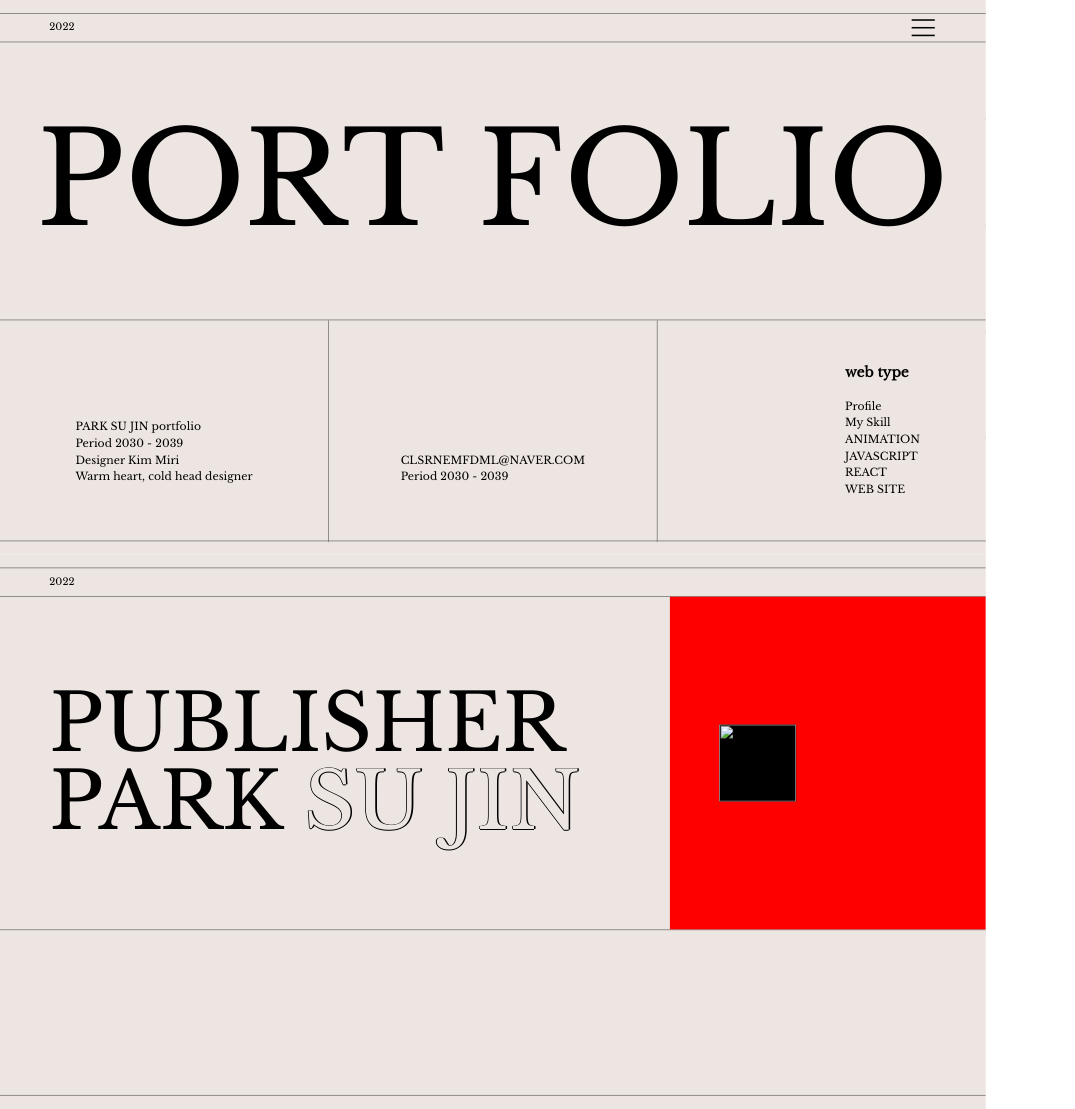
Repository: clsrnemfdml/portfolio_parksj_versiton1
Page: index.html
These files come from the project's save history. The page is drawn as it stood at one moment and after the next save; the edit follows.
The browser window is 1280 px wide. The page is 1280 px wide, then 1396 px, so the pictures cover 1396 px, including what lies to the right of the window. The pictures show the whole page, at 77% of full size.

Above is the page before, as saved 2021-09-15 08:00:08.

### index.html
<!DOCTYPE html>
<html lang="en">
<head>
    <meta charset="UTF-8">
    <meta http-equiv="X-UA-Compatible" content="IE=edge">
    <meta name="viewport" content="width=device-width, initial-scale=1.0">
    <title>parkjs portfolio</title>
    <meta name="descripsion" content="박수진의 포트폴리오 입니다.">
    <link rel="stylesheet" href="css/reset.css">
    <link rel="stylesheet" href="css/index.css">
    <style> @import url('https://fonts.googleapis.com/css2?family=Libre+Baskerville&display=swap');</style>
    <script src="js/index.js"></script>

</head>
<body>
    <div class="clickMenu">
        <div class="wrap_portFolio">
            <ul>
                <li>1. MY SKILL</li>
                <li>2. ANIMATION</li>
                <li>3. JAVASCRIPT</li>
                <li>4. REACT</li>
                <li>5. WEB SITE</li>
            </ul>
        </div>
    </div>
    <div id="wrap">
        <section id="section1">
            <div class="wrap_portFolio">
                <div class="menu">
                    <p>2022</p>
                    <span>
                    </span>
                </div>
                <div class="content">
                    <h6>PORT FOLIO</h6>
                </div>
                <div class="content_bottom">
                    <div class="rsum1">
                        <p>PARK SU JIN portfolio<br>
                        Period  2030 - 2039<br>
                        Designer   Kim Miri<br>
                        Warm heart, cold head designer</p>
                    </div>
                    <div class="rsum2">
                        <p>CLSRNEMFDML@NAVER.COM<br>
                        Period  2030 - 2039</p>
                    </div>
                    <div class="rsum3">
                        <ul>
                            <li class="fitst_write">web type</li>
                            <li>Profile</li>
                            <li>My Skill</li>
                            <li>ANIMATION</li>
                            <li>JAVASCRIPT</li>
                            <li>REACT</li>
                            <li>WEB SITE</li>
                        </ul>
                    </div>
                </div>
            </div>
        </section>
        <section id="section2">
            <div class="wrap_portFolio">
                <div class="menu">
                    <p>2022</p>
                    <span>
                    </span>
                </div>
                <div class="content">
                    <div>
                        <p>PUBLISHER<br>
                            PARK <span class="suji">SU JIN</span></p>
                        </p>
                    </div>
                    <div class="suImg">
                        <img src="" alt="">
                    </div>
                </div>
            </div>
        </section>
    </div>



</body>
</html>

### css/index.css


#wrap{width: 100%; height: auto;}



/* menu */
/* .clickMenu{height: 100vh; width: 100%; background: #ECE5E1;
    font-family: 'Libre Baskerville', serif; position: absolute;
z-index: 99999;} */

.clickMenu .wrap_portFolio{
    width: 100%;
    height: 95vh;
    position: absolute;
    top: 50%;
    transform: translateY(-50%);
    border-bottom: 1px solid #767371;
    border-top: 1px solid #767371;
}

.clickMenu .wrap_portFolio ul{width: 100%; height: 100%;}
.clickMenu .wrap_portFolio ul li{height: calc(100%/5); width: 100%; border-bottom: 1px solid #767371;
    font-size: 6vw;
    text-align: center;
    display: flex;
    align-items: center;
    justify-content: center;
}
.clickMenu .wrap_portFolio ul li:nth-child(2n){
   color: #ECE5E1;
   text-shadow: -1px 0 #000000, 0 1px #000000, 2px 0 #000000, 0 -1px #000000;
}
.clickMenu .wrap_portFolio ul li:last-child{height: calc(100%/5); width: 100%; border-bottom: 0}



/*section1 */
#wrap #section1{height: 100vh; width: 100%; background: #ECE5E1;
    font-family: 'Libre Baskerville', serif; position: relative;}

#wrap #section1 .wrap_portFolio{
    width: 100%;
    height: 95vh;
    position: absolute;
    top: 50%;
    transform: translateY(-50%);
    border-bottom: 1px solid #767371;
    border-top: 1px solid #767371;
}

#wrap #section1 .menu{
    width: 100%;
    height: 5vh;
    border-bottom: 1px solid #767371;
    position: relative;
    font-size: 1vw;

}
#wrap #section1 .menu p{
    padding-left: 5%;
    position: absolute;
    top: 50%;
    transform: translateY(-50%);
}
#wrap #section1 .menu span{
    display: block;
    position: absolute;
    right: 4%;
    top: 50%;
    transform: translate(-50%, -50%);
    width: 30px;
    height: 2px;
    background: rgb(0, 0, 0);
    float: right;
}
    #wrap #section1 .menu span::before{
    content: '';
    width: 30px;
    height: 2px;
    background: rgb(0, 0, 0);
    position: absolute;
    left: 0;
    bottom: 10px;
    transform: rotate(0deg);
    transition-duration: .3s;
}
    #wrap #section1 .menu span::after{
        content: '';
        width: 30px;
        height: 2px;
        background: rgb(0, 0, 0);
        position: absolute;
        left: 0;
        top: 10px;
        transform: rotate(0deg);
        transition-duration: .3s;
    }

    #wrap #section1 .content{
        height: 50vh;
        position: relative;
        width: 100%;
        font-size: 13vw;
        text-align: center;
        border-bottom: 1px solid #767371;


    }
    #wrap #section1 .content h6{
        position: absolute;
        width: 100%;
        top: 50%;
        left: 50%;
        transform: translate(-50% , -50%);
        font-weight: 300;
    }

    #wrap #section1 .content_bottom{
        width: 100%;
        height: 40vh;
        position: absolute;
        display: flex;
    }


    #wrap #section1 .content_bottom > div{
        width: 33.333%;
        height: auto;
        font-size: 1.1vw;





    }
    #wrap #section1 .content_bottom > div p{
        padding-bottom: 10px;
    }

    #wrap #section1 .content_bottom .rsum1{
        border-right: 1px solid #767371;
        display: flex;
        justify-content: center;
        align-items: flex-end;
        line-height: 3vh;
        padding-bottom: 5%;


    }
    #wrap #section1 .content_bottom .rsum2{
        border-right: 1px solid #767371;
        display: flex;
        justify-content: center;
        align-items: flex-end;
        line-height: 3vh;
        padding-bottom: 5%;
    }

    #wrap #section1 .content_bottom .rsum3{
        display: flex;
        justify-content: end;
        align-items: center;
        line-height: 3vh;
    }
    #wrap #section1 .content_bottom .rsum3 ul{
        padding: 0 20%;
    }

    #wrap #section1 .content_bottom .rsum3 .fitst_write{
        font-weight: bold;
        font-size: 1.4vw;
        padding-bottom: 3vh;
    }


    /*section1 */
    #wrap #section2{height: 100vh; width: 100%; background: #ECE5E1;
    font-family: 'Libre Baskerville', serif; position: relative;}

    #wrap #section2 .wrap_portFolio{
        width: 100%;
        height: 95vh;
        position: absolute;
        top: 50%;
        transform: translateY(-50%);
        border-bottom: 1px solid #767371;
        border-top: 1px solid #767371;
    }

    #wrap #section2 .menu{
        width: 100%;
        height: 5vh;
        border-bottom: 1px solid #767371;
        position: relative;
        font-size: 1vw;

    }

    #wrap #section2 .menu p{
        padding-left: 5%;
        position: absolute;
        top: 50%;
        transform: translateY(-50%);
    }

    #wrap #section2 .content{
        display: flex;
        border-bottom: 1px solid #767371;
    }
    #wrap #section2 .content div{
        height: 60vh;
        position: relative;
        width: 70vw;
        font-size: 8vw;
        display: flex;
        align-items: center;
        justify-content: flex-start;
        padding-left: 5%;


    }

    #wrap #section2 .content div p .suji{
        color: #ECE5E1;
        text-shadow: -1px 0 #000000, 0 1px #000000, 2px 0 #000000, 0 -1px #000000;
    }

    #wrap #section2 .content .suImg{
        width: 30vw;
        background: red;
    }
    #wrap #section2 .content .suImg img{
        width: 100px;
        height: 100px;
        background-color: black;
    }

Loaded but not shown: css/reset.css (common file); js/index.js (no stored copy; drawn as an empty file)

After the next save:
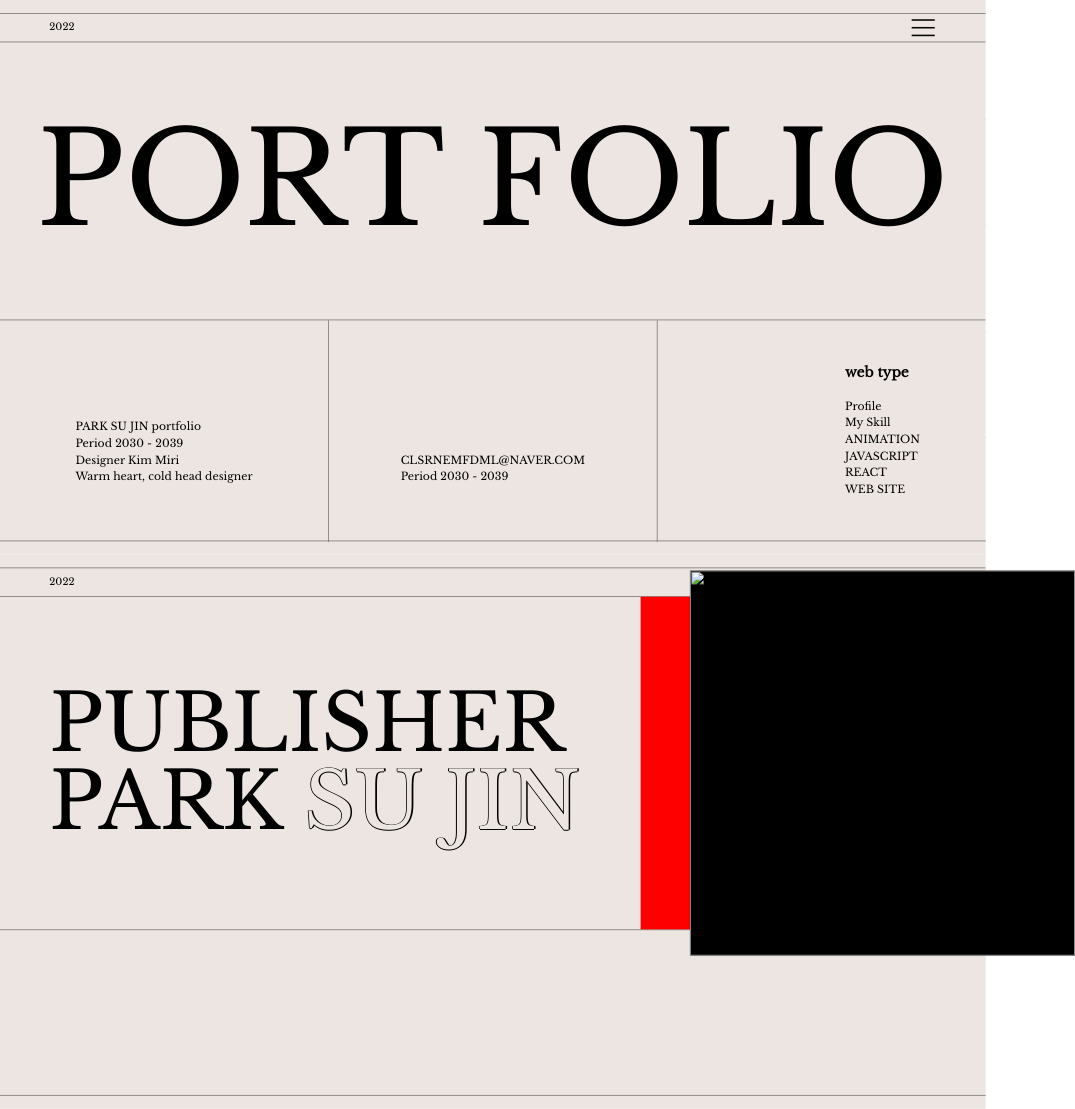
Saved 19 s later.
--- a/css/index.css
+++ b/css/index.css
@@ -231,7 +231,8 @@ z-index: 99999;} */
         background: red;
     }
     #wrap #section2 .content .suImg img{
-        width: 100px;
-        height: 100px;
+        width: 500px;
+        height: 500px;
         background-color: black;
-    }
+
+    }
